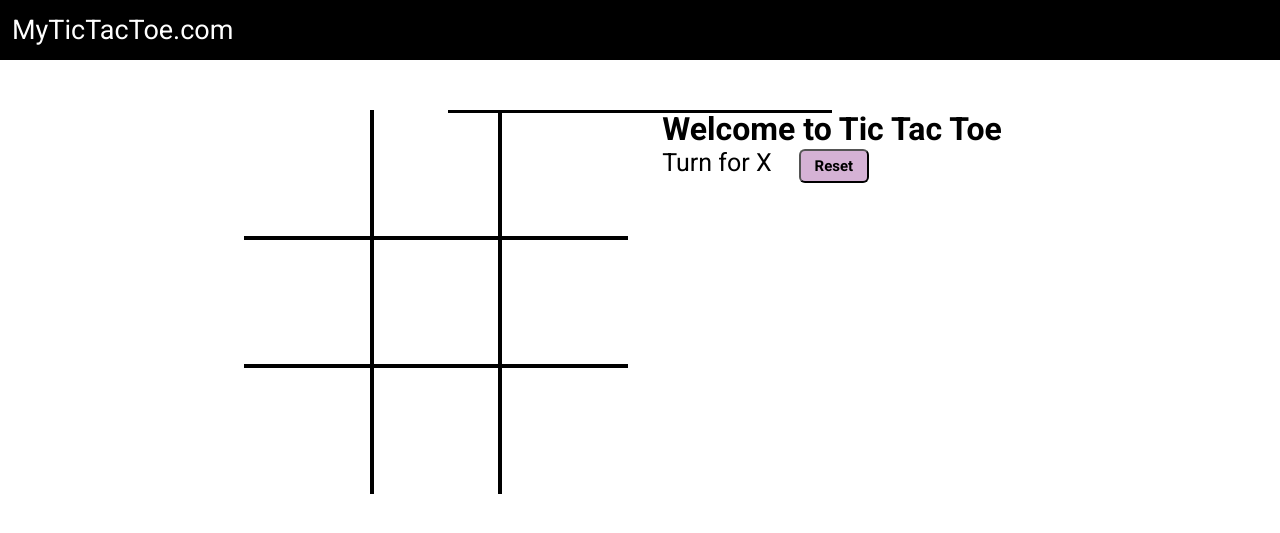
Repository: AshwinUgale/TicTacToe
Page: index.html
These files come from the project's save history. The page is drawn as it stood at one moment and after the next save; the edit follows.
The browser window is 1280 px wide. The pictures show the whole page.

Above is the page before, as saved 2024-12-19 13:15:34.

After the next save:
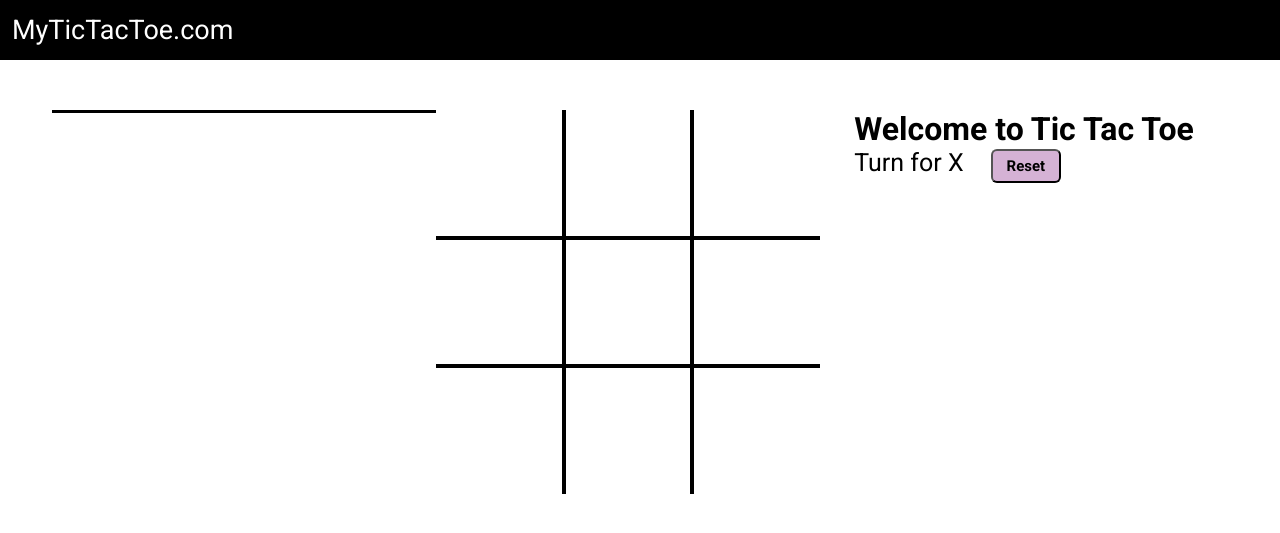
Saved 15 s later.
--- a/style.css
+++ b/style.css
@@ -87,7 +87,7 @@
     background-color: black;
     width: 30vw;
     height:3px;
-    position: absolute;
+    position: relative;
 }
 .info{
     font-size: 25px;

After the 2 saves that followed:
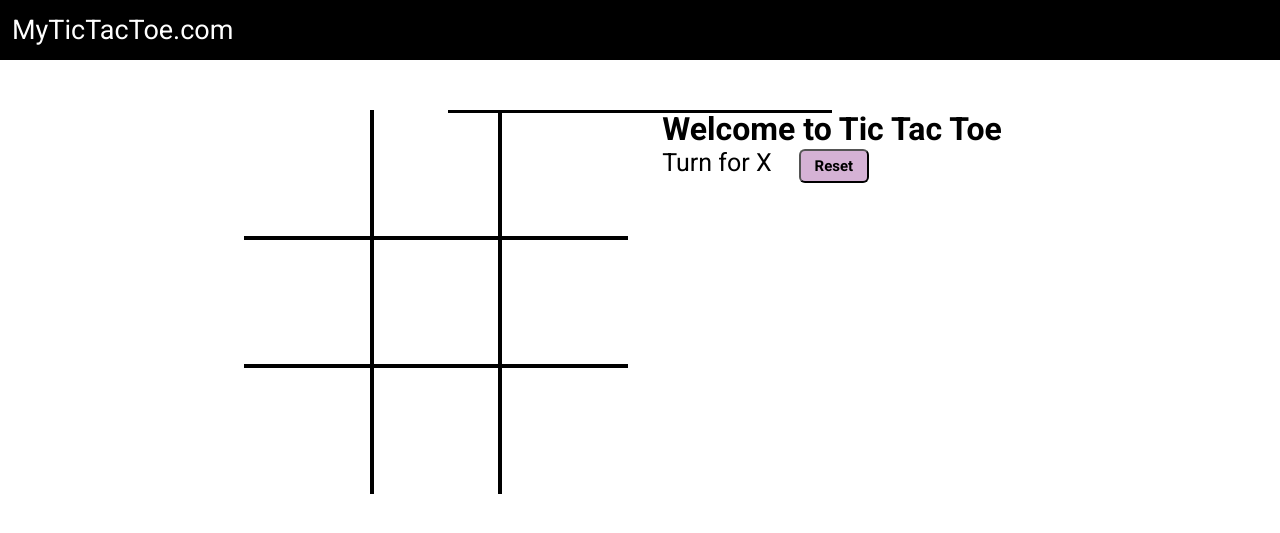
The 2 saves are shown as one change because 1 left the picture as it was.
The last was saved 33 s later.
--- a/style.css
+++ b/style.css
@@ -24,6 +24,7 @@
     display: flex;
     justify-content: center;
     margin-top: 50px;
+    position: relative;
 }
 
 .container{
@@ -87,7 +88,7 @@
     background-color: black;
     width: 30vw;
     height:3px;
-    position: relative;
+    position: absolute;
 }
 .info{
     font-size: 25px;
